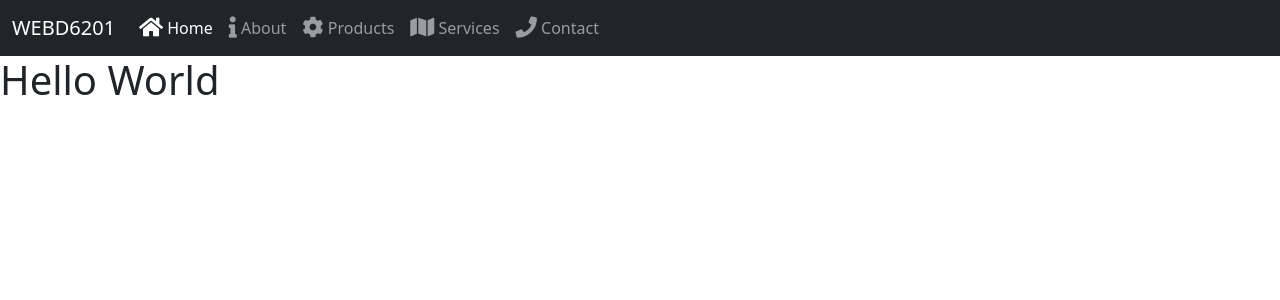
Repository: Sub4Sub/Ice-1
Page: index.html
The author's editor kept a copy of each file at every save. The page is drawn from the files as they stood at one save, then again after the next save.
The browser window is 1280 px wide. The pictures show the whole page.

Above is the page before, as saved 2021-01-20 18:24:50.

After the next save:
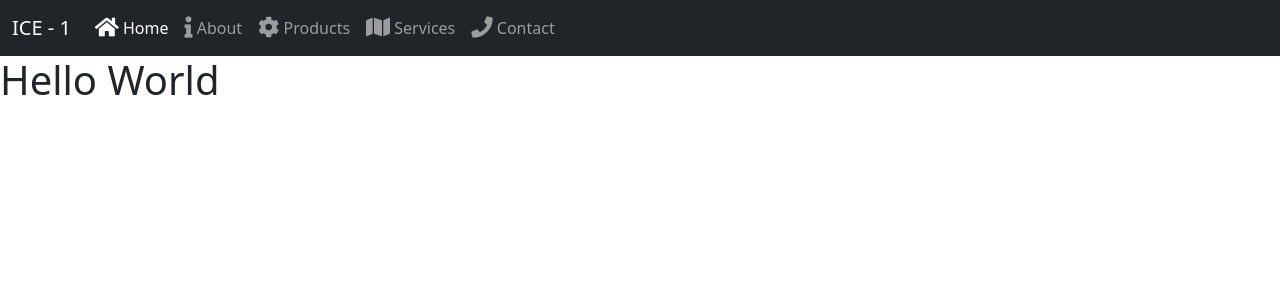
Saved 11 s later.
--- a/index.html
+++ b/index.html
@@ -14,7 +14,7 @@
   <header>
     <nav class="navbar navbar-expand-lg navbar-dark bg-dark justify-content-end">
         <div class="container-fluid">
-          <a class="navbar-brand" href="index.html">WEBD6201</a>
+          <a class="navbar-brand" href="index.html">ICE - 1</a>
           <button class="navbar-toggler" type="button" data-bs-toggle="collapse" data-bs-target="#navbarSupportedContent" aria-controls="navbarSupportedContent" aria-expanded="false" aria-label="Toggle navigation">
             <span class="navbar-toggler-icon"></span>
           </button>
